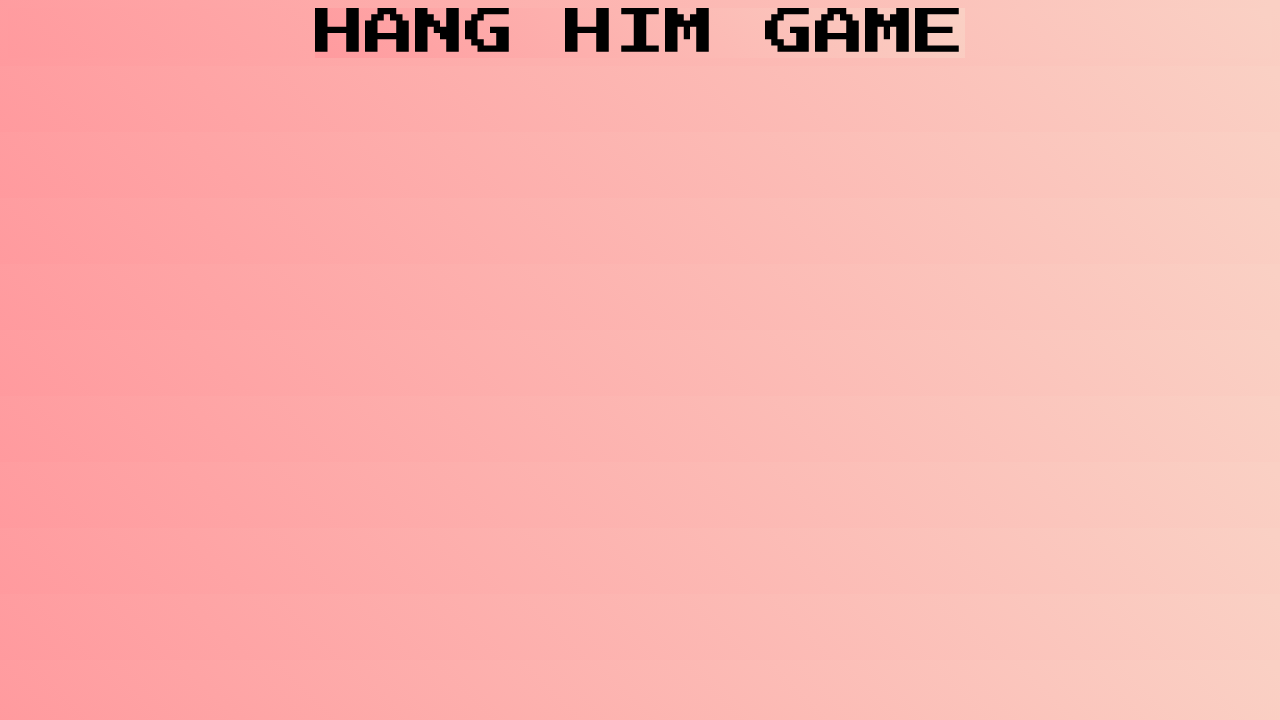
Repository: leandroBarbosaFR/Game-HangHim
Page: index.html
These files come from the project's save history. The page is drawn as it stood at one moment and after a run of saves; the edit follows.
The browser window is 1280 px wide. The pictures show the whole page.

Above is the page before, as saved 2022-07-22 17:51:44.

### index.html
<!DOCTYPE html>
<html lang="en">
<head>
  <meta charset="UTF-8">
  <meta http-equiv="X-UA-Compatible" content="IE=edge">
  <meta name="viewport" content="width=device-width, initial-scale=1.0">
  <link rel="stylesheet" href="style.css">
  <link rel="preconnect" href="https://fonts.googleapis.com">
<link rel="preconnect" href="https://fonts.gstatic.com" crossorigin>
<link href="https://fonts.googleapis.com/css2?family=Press+Start+2P&display=swap" rel="stylesheet">
  <title>Hang Him Game</title>
</head>
<body>
  <div class="container">
    <span>HANG HIM GAME</span>
  </div>

</body>
</html>

### style.css
* {
  background-image: linear-gradient(45deg, #ff9a9e 0%, #fad0c4 99%, #fad0c4 100%);
}

.container {
  width: 100%;
  height: 100%;
  display: flex;
  justify-content: center;
  align-items: center;
  flex-direction: column;

}

span {
  font-family: 'Press Start 2P', cursive;
  font-size: 50px;
}

After the next 2 saves:
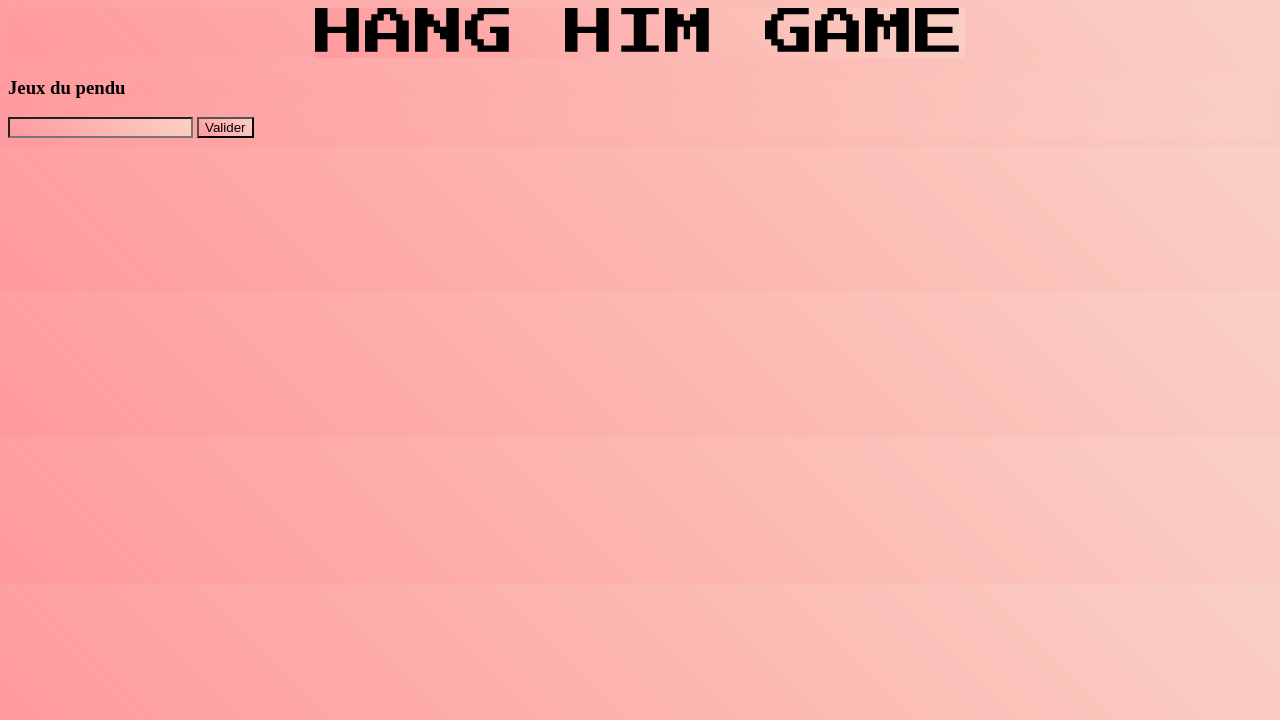
The 2 saves are shown as one change because they came seconds apart.
The last was saved 37 s later.
--- a/index.html
+++ b/index.html
@@ -15,5 +15,17 @@
     <span>HANG HIM GAME</span>
   </div>
 
+  <section class="under-modal">
+    <section id="jeux">
+      <h1>Jeux du pendu</h1>
+      <div id="jeux-container">
+      </div>
+      <form action="" id="input-form" name="pendu" method="get">
+        <input type="text" id="input-letter" name="input-letter" maxlength="1">
+        <input type="submit" value="Valider">
+      </form>
+    </section>
+  </section>
+
 </body>
 </html>
